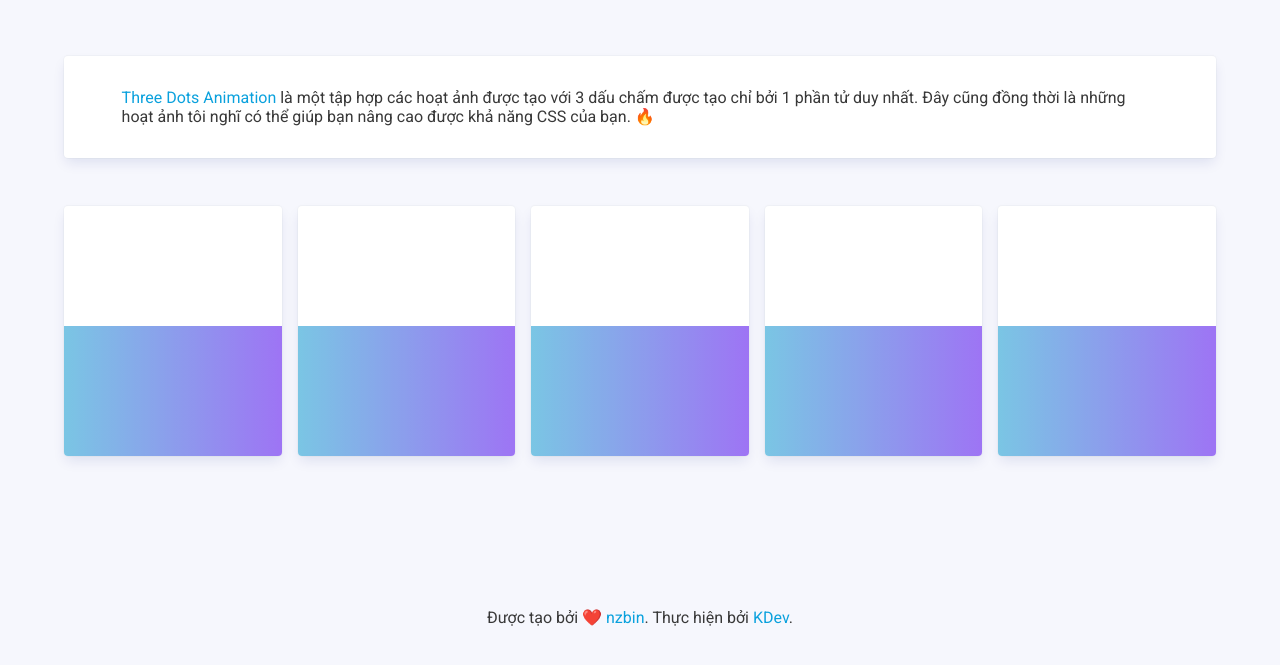
Repository: haokiet2501/lazy-loader-animation
Page: index.html
These files come from the project's save history. The page is drawn as it stood at one moment and after the next save; the edit follows.
The browser window is 1280 px wide. The pictures show the whole page.
The style sheet was rebuilt from its Sass, Less or Tailwind sources for each picture, by a compiler version that may differ from the author's.

Above is the page before, as saved 2022-05-06 20:01:48.

### index.html
<!DOCTYPE html>
<html lang="en">
<head>
    <meta charset="UTF-8">
    <meta http-equiv="X-UA-Compatible" content="IE=edge">
    <meta name="viewport" content="width=device-width, initial-scale=1.0">
    <link rel="shortcut icon" href="image/KDEV.png" type="image/x-icon">
    <link rel="stylesheet" href="sass/css/styles.css">
    <title>Three Dots Animation</title>
</head>
<body>
    <div class="container">
        <div class="title">
            <a href="/" target="_blank">Three Dots Animation</a> là một tập hợp các hoạt ảnh được tạo với 3 dấu chấm được tạo chỉ bởi 1 phần tử duy nhất. Đây cũng đồng thời là những hoạt ảnh tôi nghĩ có thể giúp bạn nâng cao được khả năng CSS của bạn. 🔥
        </div>

        <div class="row">
            <div class="box">
                <div class="stage">

                </div>
            </div>
            <div class="box">
                <div class="stage">

                </div>
            </div>
            <div class="box">
                <div class="stage">

                </div>
            </div>
            <div class="box">
                <div class="stage">

                </div>
            </div>
            <div class="box">
                <div class="stage">

                </div>
            </div>
        </div>

        <footer class="footer">
            <p>
                Được tạo bởi ❤️ <a href="https://github.com/nzbin" target="_blank">nzbin</a>.
                Thực hiện bởi <a href="/" target="_blank">KDev</a>.
            </p>
        </footer>
    </div>
</body>
</html>

### sass/styles.scss
@import 'base/base';

$color-text: #383838;
$color-line: #50dfdb;

.container {
    padding: 2rem 4rem;
}

.title {
    background: #fff;
    padding: 2rem 5%;
    margin: 1.5rem 0;
    box-shadow: 0 .4rem .8rem -.1rem rgba(0, 32, 128, .1), 0 0 0 1px #f0f2f7;
    border-radius: .25rem;
    color: $color-text;
}

.box {
    position: relative;
    height: 250px;
    background: #fff;
    padding: 2rem 5%;
    margin: 1.5rem 0;
    box-shadow: 0 .4rem .8rem -.1rem rgba(0, 32, 128, .1), 0 0 0 1px #f0f2f7;
    border-radius: .25rem;
    overflow: hidden;
}

.box::before {
    content: '';
    position: absolute;
    top: 20px;
    left: 32px;
    width: 150px;
    height: 140%;
    background: linear-gradient(#A85CF9, #6FDFDF);
    animation: animate 4s linear infinite;
}

@keyframes animate {
    0% {
        transform: rotate(0deg);
    }
    100% {
        transform: rotate(360deg);
    }
}

.row {
    display: grid;
    grid-template-columns: repeat(auto-fill, minmax(184px, 1fr));
    gap: 24px 16px;
}

.footer {
    display: flex;
    justify-content: center;
    align-items: center;
    margin: 128px 0 20px;
}

.footer > p {
    color: $color-text;
}

### sass/base/_base.scss
@import url('https://fonts.googleapis.com/css2?family=Roboto:wght@300;400;500;700&display=swap');

*, ::before, ::after {
    margin: 0;
    padding: 0;
    box-sizing: border-box;
}

html, body {
    scroll-behavior: smooth;
    font-family: 'Roboto', sans-serif;
    background: #f6f7fd;
    height: 100%;
    overflow: auto;
}

a {
    text-decoration: none;
    color: #0AA1DD;
}

After the next save:
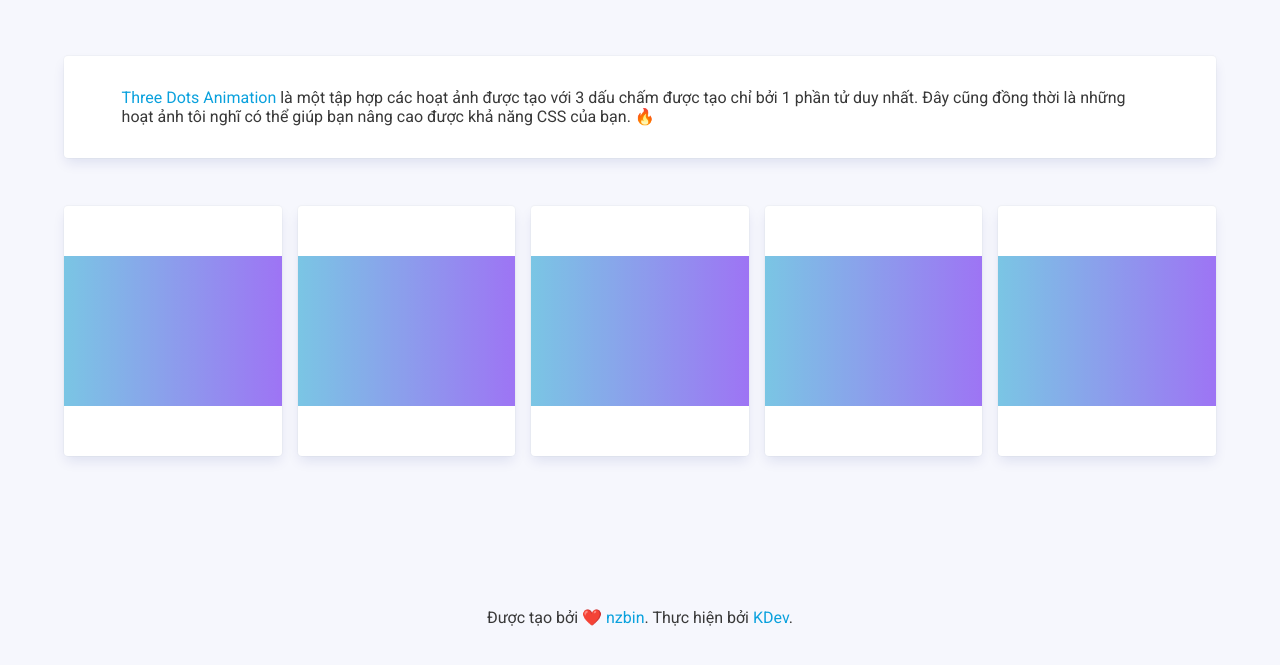
Saved 7 s later.
--- a/sass/styles.scss
+++ b/sass/styles.scss
@@ -30,7 +30,7 @@ $color-line: #50dfdb;
 .box::before {
     content: '';
     position: absolute;
-    top: 20px;
+    top: -50px;
     left: 32px;
     width: 150px;
     height: 140%;
